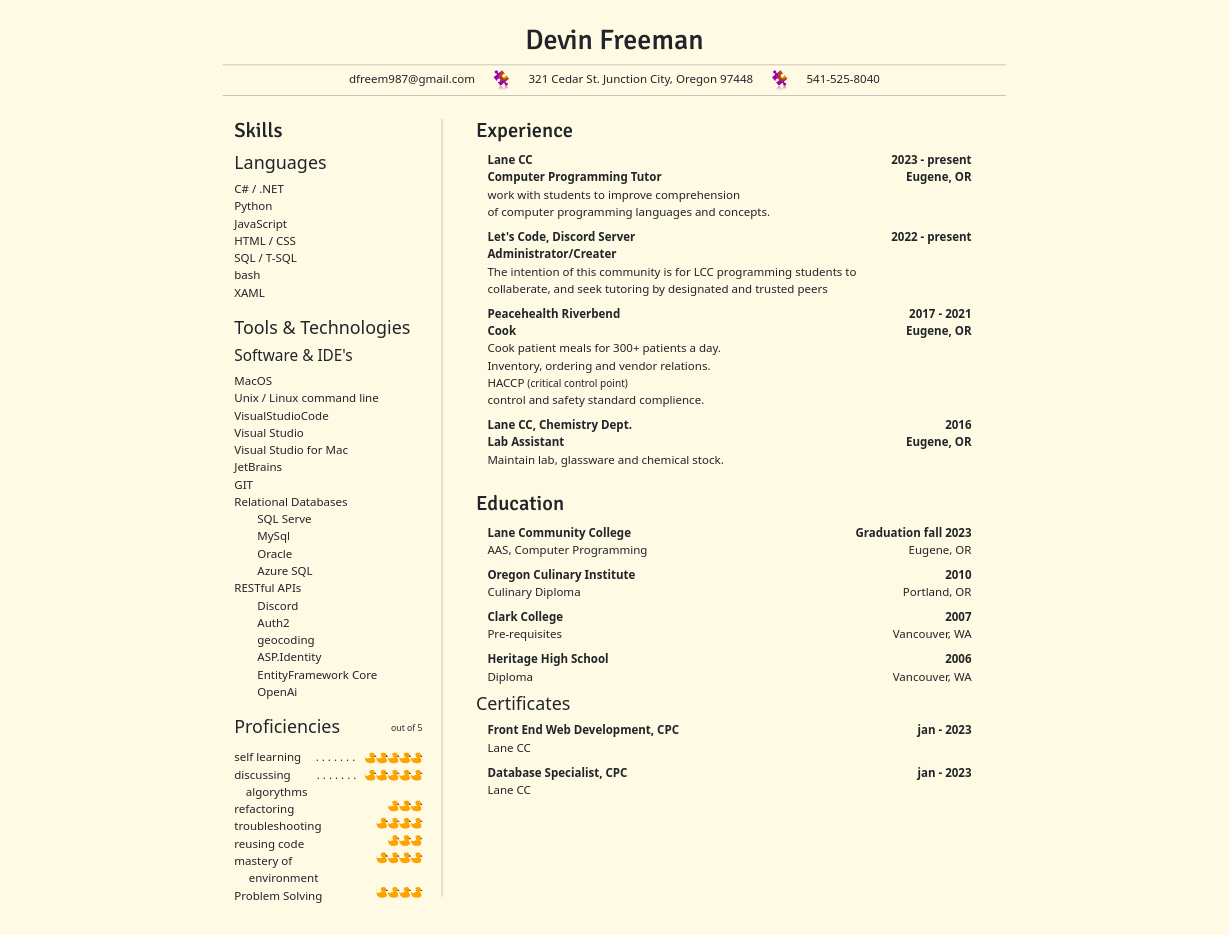
Repository: Dfreem/Resume
Page: index.html
An editor plug-in stored every save of this project. The page is shown before and after the next save, followed by the edit.
The browser window is 1280 px wide. The pictures show the whole page, at 96% of full size.

Above is the page before, as saved 2023-02-13 11:19:04.

After the next save:
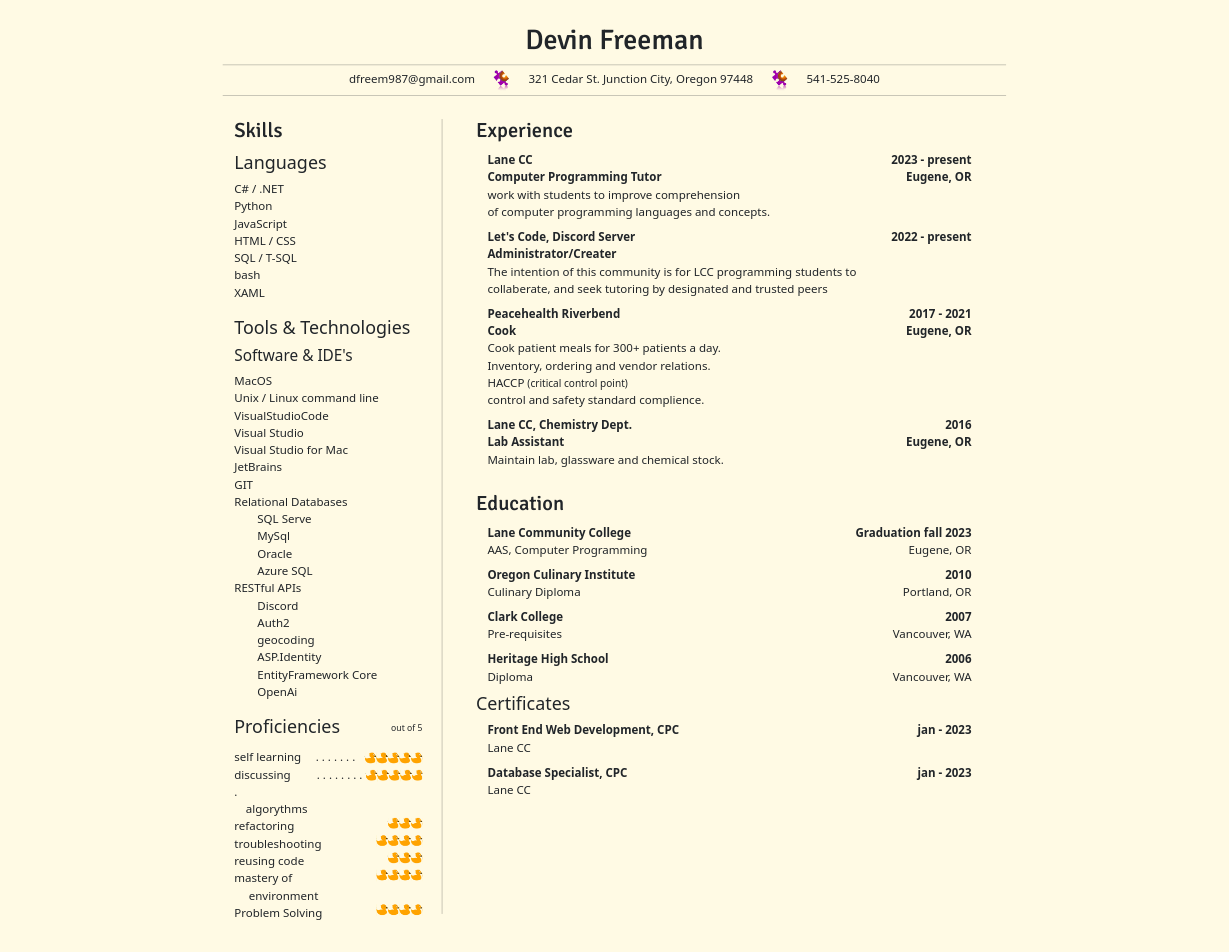
Saved 14 s later.
--- a/index.html
+++ b/index.html
@@ -112,7 +112,7 @@
                     self learning &emsp;. . . . . . . <div class="push-right five"></div>
                 </li>
                 <li class="d-flex flex-row flex-nowrap">
-                    discussing &emsp;&emsp;. . . . . . .  <br />&emsp;algorythms<div class="push-right five"></div>
+                    discussing &emsp;&emsp;. . . . . . . . .  <br />&emsp;algorythms<div class="push-right five"></div>
                 </li>
                 <li class="d-flex flex-row flex-nowrap">
                     refactoring<div class="push-right three"></div>

After the save that followed:
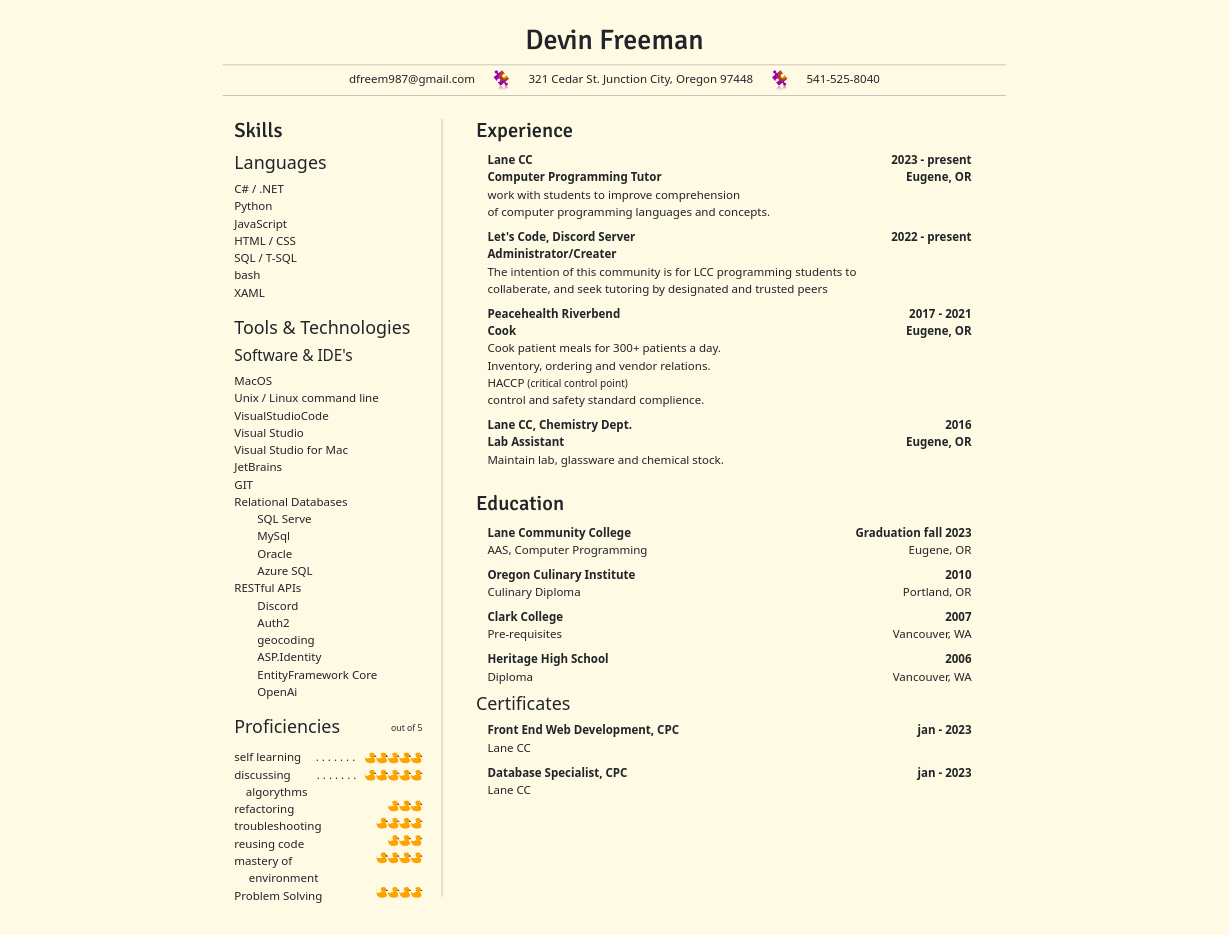
Saved 5 s later.
--- a/index.html
+++ b/index.html
@@ -112,7 +112,7 @@
                     self learning &emsp;. . . . . . . <div class="push-right five"></div>
                 </li>
                 <li class="d-flex flex-row flex-nowrap">
-                    discussing &emsp;&emsp;. . . . . . . . .  <br />&emsp;algorythms<div class="push-right five"></div>
+                    discussing &emsp;&emsp;. . . . . . .  <br />&emsp;algorythms<div class="push-right five"></div>
                 </li>
                 <li class="d-flex flex-row flex-nowrap">
                     refactoring<div class="push-right three"></div>
